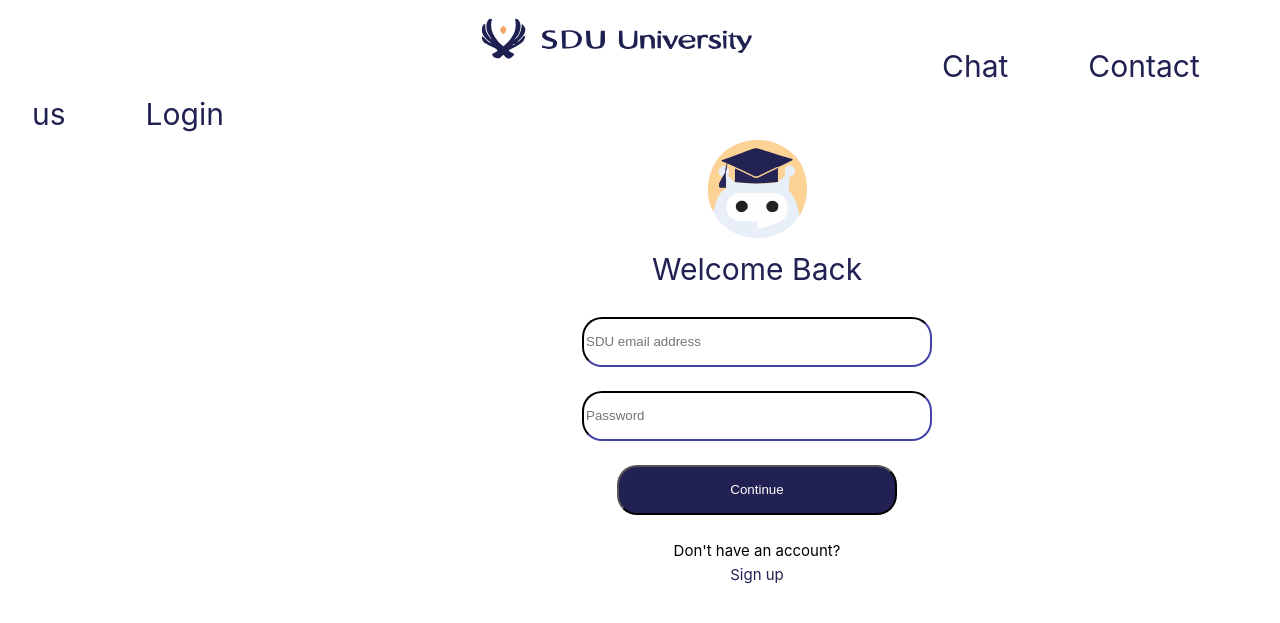
Repository: tolepbekova/Community_v.l
Page: /
The author's editor kept a copy of each file at every save. The page is drawn from the files as they stood at one save, then again after the next save.
The browser window is 1280 px wide. The pictures show the whole page.
The project was rebuilt for these pictures with package versions that can differ from the ones it lists, and the page was loaded fresh each time. Also part of the build but not shown: vite.config.js, src/components/HelloWorld.vue. Imported but missing from the stored project, and not drawn on this page: src/views/Change.vue.

Above is the page before, as saved 2024-05-10 09:14:01.

### src/App.vue
<script setup>
import HelloWorld from './components/HelloWorld.vue'
import router from './router/index.js'
import './assets/base.css'
</script>

<template>
    <div id="app">

         <router-view />
    </div>

</template>

<style>
/* #app {
    display: flex;

}

#header {
    display: flex;
    width: 100%;
    flex-direction: column;
    align-items: center;
    justify-content: space-between;
    position: fixed;
    margin-left: 0px;
    margin-right: 0px;
    margin-top: 0px;
}

#header img {
    width: 218px;
    height: 77px;
}

#navbar {
    display: flex;
    align-items: center;
    justify-content: center;
}
span  {
    list-style: none;
    padding: 0 20px;
    text-decoration: none;
    font-size: 30px;
    color: rgba(33, 33, 83, 1);
    transition: 0.3s ease;
}

#navbar li :hover {
    color: rgb(237, 237, 167);
} */
</style>

### src/router/index.js
import Vue from 'vue'
import VueRouter from 'vue-router'
import Login from '../views/Login.vue'

Vue.use(VueRouter)

const router = new VueRouter({
  mode: 'history',
  base: import.meta.env.BASE_URL,
  routes: [
    {
      path: '/',
      name: 'login',
      component: Login
    },
    {
      path: '/getstart',
      name: 'getstart',
      // route level code-splitting
      // this generates a separate chunk (About.[hash].js) for this route
      // which is lazy-loaded when the route is visited.
      component: () => import('../views/AboutView.vue')
    },
    {
      path: '/home',
      name: 'home',
      // route level code-splitting
      // this generates a separate chunk (About.[hash].js) for this route
      // which is lazy-loaded when the route is visited.
      component: () => import('../views/About.vue')
    },
    {
      path: '/sign',
      name: 'signin',
      component: () => import('../views/Signin.vue')
    },
    {
      path: '/contact',
      name: 'contact',
      component: () => import('../views/Contact.vue')
    },
    {
      path: '/auth',
      name: 'auth',
      component: () => import('../views/Auth.vue')
    },
    {
      path: '/change',
      name: 'change',
      component: () => import('../views/Change.vue')
    },

  ]
})

export default router

### src/assets/main.css
@import "./base.css";

#app {

  font-weight: normal;
}

a,
.green {
  text-decoration: none;
  color: hsla(160, 100%, 37%, 1);
  transition: 0.4s;
}

@media (hover: hover) {
  a:hover {
    background-color: hsla(160, 100%, 37%, 0.2);
  }
}

@media (min-width: 1024px) {
  body {
    display: flex;
    place-items: center;
  }

  #app {
    display: grid;
    grid-template-columns: 1fr 1fr;
    padding: 0 2rem;
  }
}

### src/assets/base.css
/* color palette from <https://github.com/vuejs/theme> */
:root {
  --vt-c-white: #ffffff;
  --vt-c-white-soft: #f8f8f8;
  --vt-c-white-mute: #f2f2f2;

  --vt-c-black: #181818;
  --vt-c-black-soft: #222222;
  --vt-c-black-mute: #282828;

  --vt-c-indigo: #2c3e50;

  --vt-c-divider-light-1: rgba(60, 60, 60, 0.29);
  --vt-c-divider-light-2: rgba(60, 60, 60, 0.12);
  --vt-c-divider-dadarkrk-1: rgba(84, 84, 84, 0.65);
  --vt-c-divider-dark-2: rgba(84, 84, 84, 0.48);

  --vt-c-text-light-1: var(--vt-c-indigo);
  --vt-c-text-light-2: rgba(60, 60, 60, 0.66);
  --vt-c-text-dark-1: var(--vt-c-white);
  --vt-c-text-dark-2: rgba(235, 235, 235, 0.64);
}

/* semantic color variables for this project */
:root {
  --color-background: var(--vt-c-white);
  --color-background-soft: var(--vt-c-white-soft);
  --color-background-mute: var(--vt-c-white-mute);

  --color-border: var(--vt-c-divider-light-2);
  --color-border-hover: var(--vt-c-divider-light-1);

  --color-heading: var(--vt-c-text-light-1);
  --color-text: var(--vt-c-text-light-1);

  --section-gap: 160px;
}

@media (prefers-color-scheme: dark) {
  :root {
    --color-background: var(--vt-c-black);
    --color-background-soft: var(--vt-c-black-soft);
    --color-background-mute: var(--vt-c-black-mute);

    --color-border: var(--vt-c-divider-dark-2);
    --color-border-hover: var(--vt-c-divider-dark-1);

    --color-heading: var(--vt-c-text-dark-1);
    --color-text: var(--vt-c-text-dark-2);
  }
}

*,
*::before,
*::after {
  box-sizing: border-box;
  margin: 0;
  position: relative;
  font-weight: normal;
}
html{
  padding: 0;
  margin: 0;
}
body {
  min-height: 10vh;
  padding: 0;
  margin: 0;
  transition: color 0.5s, background-color 0.5s;
  line-height: 1.6;
  font-family: Inter, -apple-system, BlinkMacSystemFont, 'Segoe UI', Roboto, Oxygen, Ubuntu,
    Cantarell, 'Fira Sans', 'Droid Sans', 'Helvetica Neue', sans-serif;
  font-size: 15px;
  text-rendering: optimizeLegibility;
  -webkit-font-smoothing: antialiased;
  -moz-osx-font-smoothing: grayscale;
}

### src/views/Login.vue
<template>
    <div>
        <v-app id="header">
            <v-card color="grey lighten-4" flat height="100px" tile>
                <v-toolbar dense>

                  <router-link   to="/home"> <img class="logo" src="../assets/logo/log.svg"></router-link>

                    <v-spacer></v-spacer>

                    <span class="fir"><router-link to="/getstart">Chat</router-link></span>
                        <span><router-link to="/contact">Contact us</router-link></span>
                        <span><router-link to="/auth">Login</router-link></span>


                </v-toolbar>
            </v-card>
        </v-app>

        <br><br><br>

        <div class="abrow">
            <br><br>
            <div class="abcolu">
                <img class="final" src="../assets/logo/finalicon13_1.svg" alt="">
            </div>
            <div class="abcolu">
                <h1>Welcome Back</h1>
                <br>
                <input type="email" v-model:value="info.email" placeholder="SDU email address">
                <br><br>
                <input type="password" v-model:value="info.password" placeholder="Password" required>
                <br><br>
                <router-link to="getstart"><button class="btn" @click="login()">Continue</button></router-link>
                <br><br>
                <p>Don't have an account? </p> <router-link to="/sign">Sign up</router-link>
            </div>
        </div>
    </div>
</template>

<script>
import axios from 'axios';

export default {
    data() {
        return {
            token: "",
            info: {
                email: "",
                password: "",
            },
        };
    },
    methods: {
        login() {
            axios
                .post(
                    ` https://sschat-production.up.railway.app/accounts/auth/token/login/`,
                    this.info
                )
                .then((res) => {
                    this.token = res.auth_token;
                });
        },
    },
};
</script>

<style scoped>
h1 {
    color: rgba(33, 33, 83, 1);
}

#app {
    display: flex;

}

#header {
    display: flex;
    width: 100%;
    align-items: center;
    justify-content: space-between;
    position: fixed;
    margin-left: 0px;
    margin-right: 0px;
    margin-top: 0px;
    color:rgba(33, 33, 83, 1) ;
}

.logo {
    width: 270px;
    height: 77px;
    margin-left: 430px ;
}

#navbar {
    display: flex;
    align-items: center;
    justify-content: center;
}
span  {
    list-style: none;
    padding: 0 20px;
    text-decoration: none;
    font-size: 30px;
    color: rgba(33, 33, 83, 1);
    transition: 0.3s ease;
}

#navbar li :hover {
    color: rgba(33, 33, 83, 1);
}
h1 {
  color: rgba(33, 33, 83, 1);
}
.fir {
  margin-left: 130px;
}

.abrow {
  margin: 20px auto;
  display: block;
  text-align: center;
  margin-left: 550px;
}

.abcolu {
  margin: 0 auto;
  display: block;
  text-align: center;
}

.final {
  max-width: 99px;
  max-height: 99px;
}


.abp {
  margin: 0 auto;
  display: block;
  width: 670px;
  height: 100px;
}


.abp {
    margin: 0 auto;
    display: block;
    width: 670px;
    height: 100px;
}

.icon {
    width: 24px;
    height: 24px;
}

.btn {
    background-color: rgba(33, 33, 83, 1);
    border-radius: 20px;
    width: 280px;
    height: 50px;
    color: #ffffff;
}

input {
    border-radius: 20px;
    width: 350px;
    height: 50px;
    border-color: rgba(33, 33, 83, 1);
}

a {
    padding: 0 20px;
    text-decoration: none;
    color: rgba(33, 33, 83, 1);
    transition: 0.3s ease;
}

.lbtn1 {
    margin: 0 auto;
    display: block;
    width: 266px;
    height: 48px;
    border-radius: 30px;
    color: rgba(33, 33, 83, 1);
    background-color: rgba(253, 211, 149, 1);
    border: none;
    font-size: 15px;
    font-family: Cambria, Cochin, Georgia, Times, 'Times New Roman', serif;
    font-weight: bold;

}

.lbtn2 {
    margin: 0 auto;
    display: block;
    width: 266px;
    height: 48px;
    border-radius: 30px;
    color: rgba(33, 33, 83, 1);
    background-color: rgba(253, 211, 149, 1);
    border: none;
    font-size: 15px;
    font-family: Cambria, Cochin, Georgia, Times, 'Times New Roman', serif;
    font-weight: bold;

}
</style>

Loaded but not shown: index.html (common file); src/main.js (common file)

After the next save:
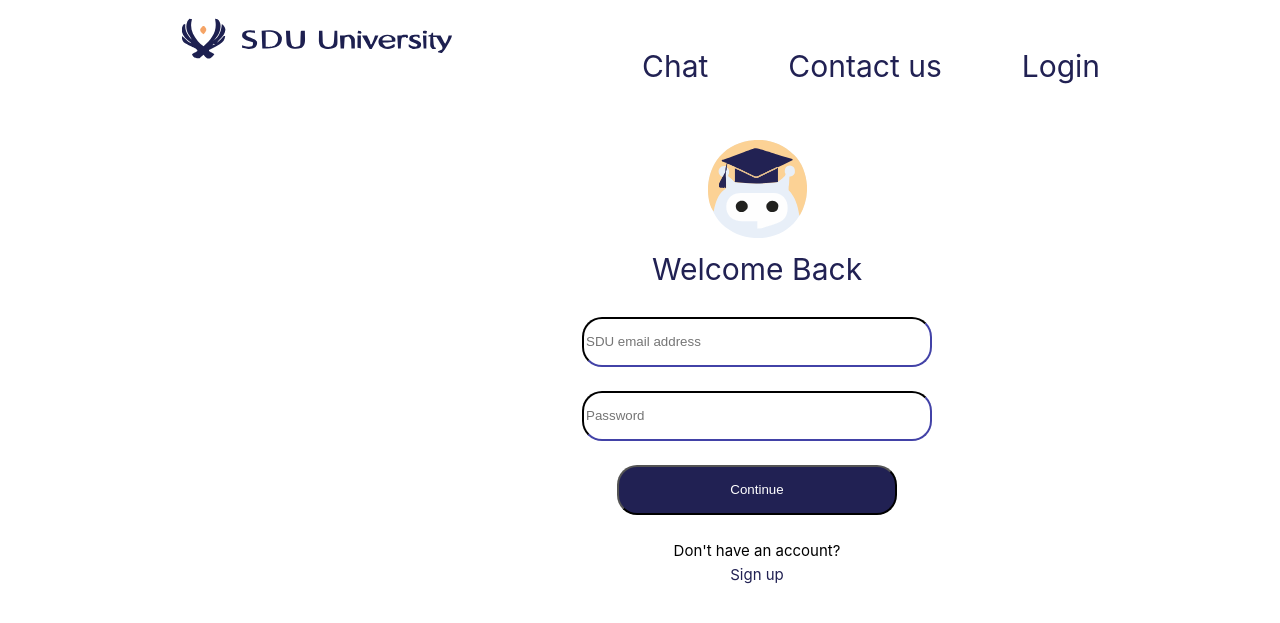
Saved 27 s later.
--- a/src/views/Login.vue
+++ b/src/views/Login.vue
@@ -92,7 +92,7 @@ h1 {
 .logo {
     width: 270px;
     height: 77px;
-    margin-left: 430px ;
+    margin-left: 130px ;
 }
 
 #navbar {
